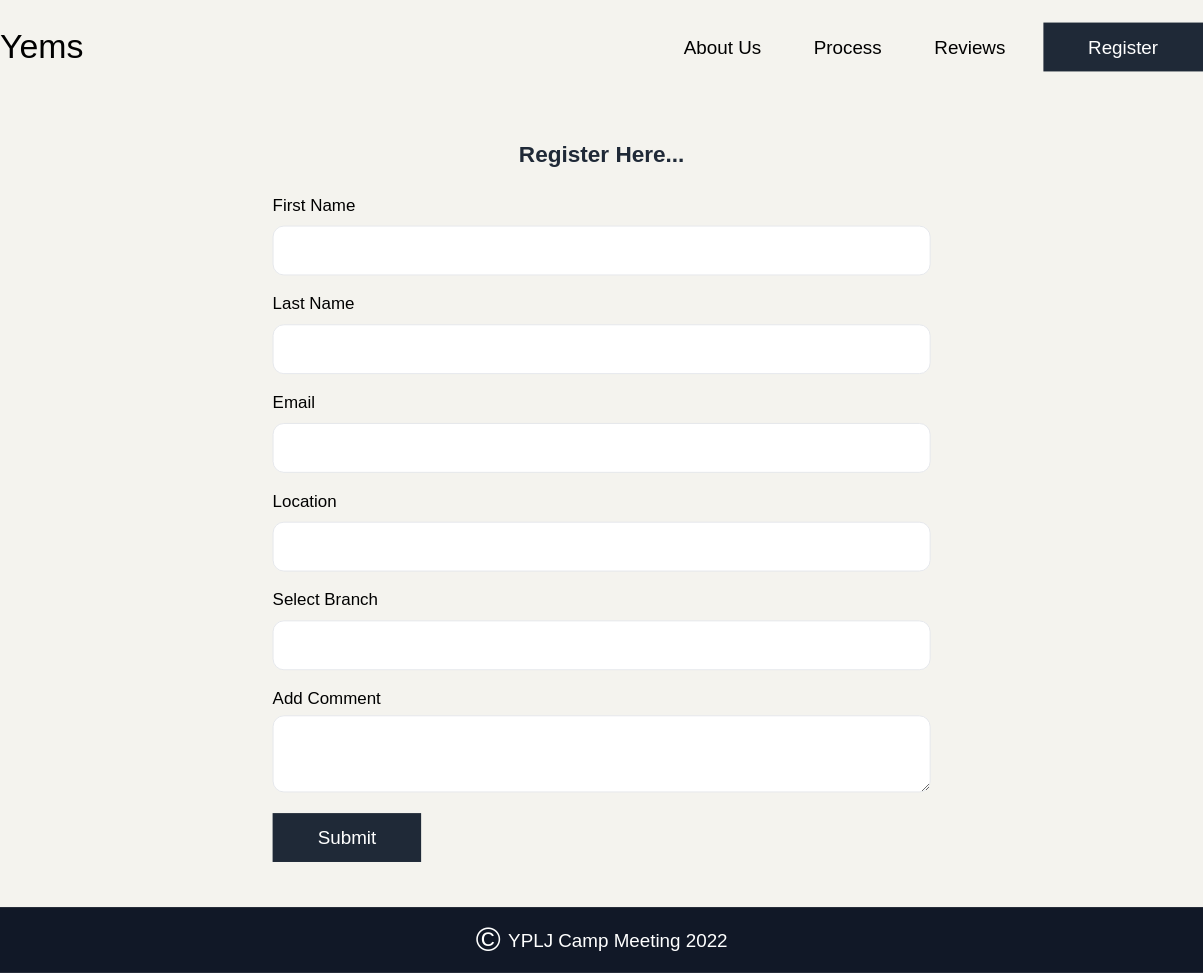
Repository: Ifenna-Pascal/user-camp-onboarding
Page: /register
These files come from the project's save history. The page is drawn as it stood at one moment and after the next save; the edit follows.
The browser window is 1280 px wide. The pictures show the whole page, at 94% of full size.
Some web fonts or font styles are not loaded; a fallback is used. The project was rebuilt for these pictures with package versions that can differ from the ones it lists, and the page was loaded fresh each time. The framework's server and built-in components were replaced by stand-ins that run in the browser. Also part of the build but not shown: next.config.js.

Above is the page before, as saved 2022-11-18 07:20:26.

After the next save:
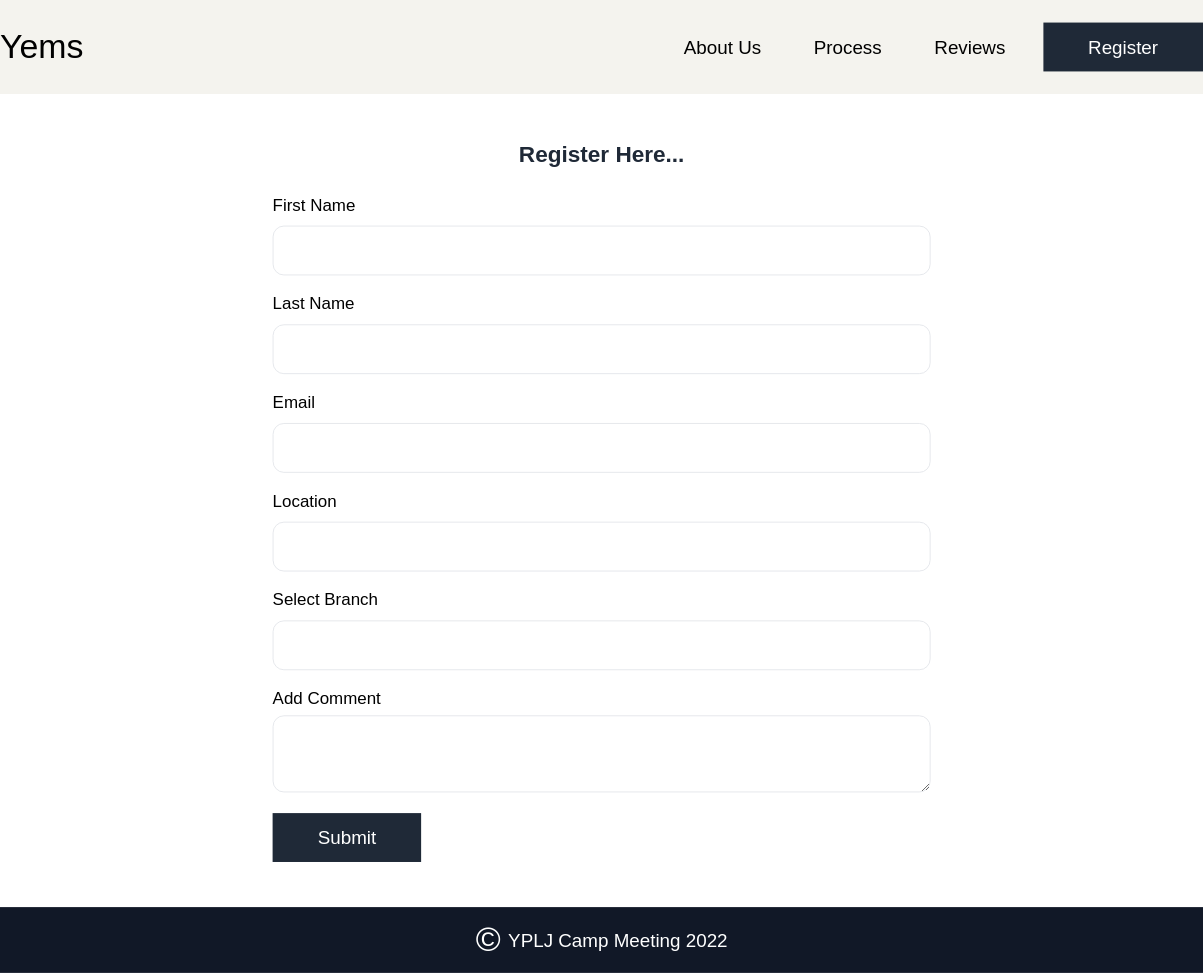
Saved 51 s later.
--- a/components/layout/index.jsx
+++ b/components/layout/index.jsx
@@ -4,7 +4,7 @@ import Nav from "./Nav";
 
 function Mainlayout({ children }) {
   return (
-    <div className="bg-[#f4f3ee]">
+    <div className="">
       <Nav />
       <main>{children}</main>
       <Footer />
